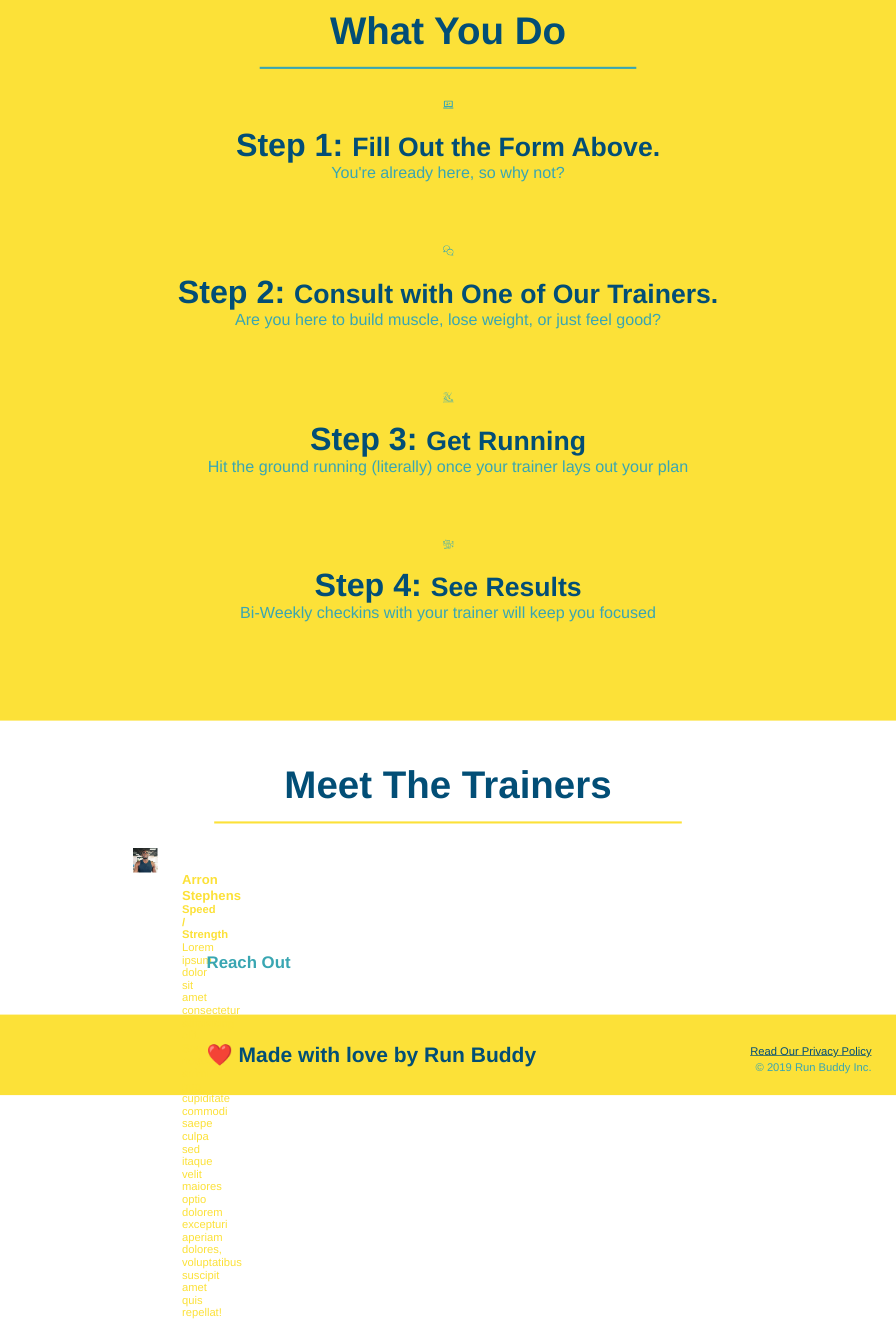
Repository: symlara/run-buddy
Page: index.html
The author's editor kept a copy of each file at every save. The page is drawn from the files as they stood at one save, then again after the next save.
The browser window is 1280 px wide. The pictures show the part of the page from y = 1228 to 3148 px (the page is 3148 px tall), at 70% of full size.

Above is the page before, as saved 2020-12-10 14:13:45.

### index.html
<!DOCTYPE html>
<html lang="en">
    <head>
        <link rel="stylesheet" href="./assets/css/style.css" />
        <meta charset="UTF-8"/>
        <title>Run Buddy</title>
    </head>
    <body>
        <!-- navigation -->
        <header>
        <a href="/"><h1>RUN BUDDY</h1></a>
        <nav>
            <!-- Unordered list element -->
            <ul>
                <!-- List item element -->
                <li>
                    <!-- Anchor Element -->
                    <a href="#what-we-do">What We Do</a>
                </li>
                <li>
                    <a href="#what-you-do">What You Do</a>
                </li>
                <li>
                    <a href="#your-trainers">Your Trainers</a>
                </li>
                <li>
                    <a href="#reach-out">Reach Out</a>
                </li>
            </ul>
        </nav>
        </header>

        <!-- hero section -->
        <section class="hero">
        <div class="hero-form">
            <h3>Get Started Today</h3>
            <p>Fill out this form and one of our trainers will schedule a consult</p>
            <!-- Add form elements -->
            <form>
                <label for="name">Enter full name:</label>
                <input type="text" placeholder="Your Name" name="name" id="name" class="form-input" />
                <label for="email">Enter Email Address:</label>
                <input type="email" placeholder="Email Address" name="email" id="email" class="form-input" />
                <label for="phone">Enter a telephone number</label>
                <input type="tel" placeholder="Phone Number" name="phone" id="phone" class="form-input" />
                <p>
                    Have you worked out with a trainer before?
                    <input type="radio" name="trainer-confirm" id="trainer-yes" />
                    <label for="trainer-yes">Yes</label>
                    <input type="radio" name="trainer-confirm" id="trainer-no" />
                    <label for="trainer-no">No</label>
                </p>
                <p>
                    <label for="checkbox">
                    I acknowledge that I am at least 18 years of age.
                    </label>
                    <input type="checkbox" name="age-confirm" id="checkbox" />
                </p>
                <button type="submit">
                    Get running!
                </button>
            </form>
        </div>
    </section>
    <!-- end hero -->

        <!-- hero/jumbotron -->
        <section></section>

        <!-- "what we do" section -->
        <section id="what-we-do" class="intro">
            <h2 class="section-title primary-border">What We Do</h2>
            <p>
                butcher selfies chambray shabby chic gentrify readymade yr Echo Park XOXO Tumblr normcore Banksy direct trade Blue Bottle chillwave you probably haven't heard of them single-origin coffee Vice fanny pack fixie Odd Future Austin fingerstache pickled twee synth Wes Anderson Thundercats viral bitters flannel meggings narwhal Marfa Schlitz sustainable Intelligentsia umami deep v craft
            </p>
        </section>

        <!-- "what you do" section -->
        <section id="what-you-do" class="steps">
            <h2 class="section-title secondary-border">What You Do</h2>

            <div>
                <!-- insert this img element -->
                <img src="./assets/images/step-1.svg" alt="" />
                <h3>Step 1: <span>Fill Out the Form Above.</span></h3>
                <p>You're already here, so why not?</p>
            </div>

            <div>
                <!-- insert this img element -->
                <img src="./assets/images/step-2.svg" alt="" />
                <h3>Step 2: <span>Consult with One of Our Trainers.</span></h3>
                <p>Are you here to build muscle, lose weight, or just feel good?</p>
            </div>

            <div>
                <!-- insert this img element -->
                <img src="./assets/images/step-3.svg" alt="" />
                <h3>Step 3: <span>Get Running</span></h3>
                <p>Hit the ground running (literally) once your trainer lays out your plan</p>
            </div>

            <div>
                <!-- insert this img element -->
                <img src="./assets/images/step-4.svg" alt="" />
                <h3>Step 4: <span>See Results</span></h3>
                <p>Bi-Weekly checkins with your trainer will keep you focused</p>
            </div>
        </section>

        <!-- "meet the trainers" section -->
        <section id="your-trainers" class="trainers">
            <h2 class="section-title primary-border">Meet The Trainers

            </h2>
            <article class="trainer">
                <img src="./assets/images/trainer-1.jpg" alt="Arron Stephens in his workout clothes, ready to pump iron" />
                <div class="trainer-bio">
                    <h3>Arron Stephens</h3>
                    <h4>Speed / Strength</h4>
                    <p>
                        Lorem ipsum, dolor sit amet consectetur adipisicing elit. Sequi neque animi quo cupiditate commodi saepe culpa sed
                        itaque velit maiores optio dolorem excepturi aperiam dolores, voluptatibus suscipit amet quis repellat!
                    </p>
                </div>
            </article>
        </section>

        <!-- "reach out" section -->
        <section>
            <h2>Reach Out</h2>
        </section>

        <!-- footer -->
        <footer>
            <h2>❤️ Made with love by Run Buddy</h2>
            <div>
                <a href="#">Read Our Privacy Policy</a><br />
                &copy; 2019 Run Buddy Inc.
            </div>
        </footer>
    </body>

    </html>

### assets/css/style.css
* {
    margin: 0;
    padding: 0;
    box-sizing: border-box;
}


body {
    /* more on this crazy alphanumerical value in a minute */
    color: #39a6b2;
    font-family: Helvetica, Arial, sans-serif;
}

/* apply styles to header */
header {
    padding: 20px 35px;
    background-color: #39a6b2;
}

header h1 {
    font-weight: bold;
    font-size: 36px;
    color: #fce138;
    margin: 0;
    display: inline;
}

header a {
    text-decoration: none;
    color: #fce138;
}

header nav {
    float: right;
    margin: 7px 0;
}

header nav ul li {
    display: inline;
}

header nav ul li a {
    margin: 0 30px;
    font-weight: lighter;
    font-size: 22px;
}

footer {
    background: #fce138;
    width: 100%;
    padding: 40px 35px;
  }

footer h2 {
    display: inline;
    color: #024e76;
    font-size: 30px;
    margin: 0;
}

footer div {
    float: right;
    line-height: 1.5;
    text-align: right;
}

footer a {
    color: #024e76;
}

section {
    padding: 60px;
}

/* Hero Style Start */
.hero {
    background-image: url("../images/hero-bg.jpg");
    height: 600px;
    background-size: cover;
    background-position: center;
    position: relative;
}
/*The height property fixed at 600px gives an exact size of the section, which is important in this context to allow room for the sign-up form.*/


.hero-form {
    border: solid 3px #024e76;
    background-color: #fce138;
    padding: 20px;
    width: 500px;
    color: #024e76;
    position: absolute;
    bottom: 120px;
    right: 140px;
}

.hero-form h3 {
    font-size: 24px;
    margin: 0;
}

.hero-form p {
    margin: 5px 0 15px 0;
}

.form-input {
    border: 1px solid #024e76;
    display: block;
    padding: 7px 15px;
    font-size: 16px;
    color: #024e76;
    width: 100%;
    margin-bottom: 15px;
}

.hero-form label {
    margin: 0 5px;
}

.hero-form button {
    color: #fce138;
    background-color: #024e76;
    border: none;
    padding: 10px 20px;
    font-size: 16px;
}
/* Hero Style End */

/*What We Do Section */
.intro {
    text-align: center;
}

.intro p {
    line-height: 1.7;
    color: #39a6b2;
    width: 80%;
    font-size: 20px;
    margin: 0 auto;
}

/*What We Do End*/

.section-title {
    display: inline-block;
    font-size: 55px;
    color: #024e76;
    margin-bottom: 35px;
    padding: 0 100px 20px 100px;
    border-bottom: 3px solid;
}

.primary-border {
    border-color: #fce138;
}

.secondary-border {
    border-color: #39a6b2;
}

/* What You Do Section */
.steps {
    text-align: center;
    background: #fce138;
}

.steps div {
    margin-bottom: 80px;
}

.steps img {
    width: 15px;
    margin: 10px 0;
}

.steps h3 {
    color: #024e76;
    font-size: 46px;
    margin-top: 10px;
}

.steps p {
    color: #39a6b2;
    font-size: 23px;
}

.steps span {
    font-size: 38px;
}


/* What You Do End */

/* Your Trainers Section */
.trainers {
    text-align: center;
}

.trainer {
    width: 900px;
    margin: 0 auto 30px auto;
    background: #024e76;
    color: #fce138;
}

.trainer img {
    width: 35px;
    float: left;
}

.trainer-bio {
    padding: 35px;
    float: left;
    width: 65px;
}

/* Your Trainers Section End */

After the next save:
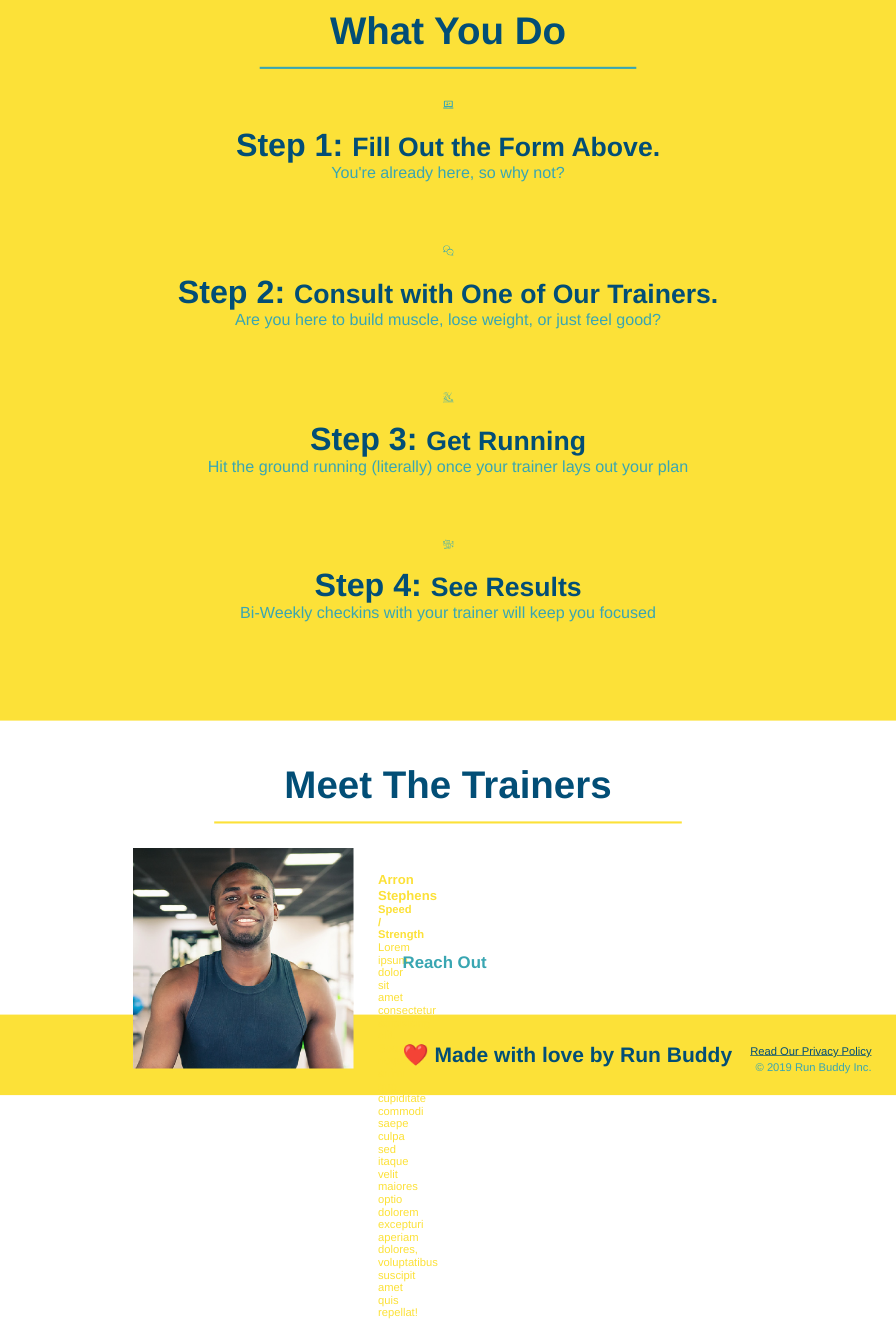
Saved 33 s later.
--- a/assets/css/style.css
+++ b/assets/css/style.css
@@ -204,7 +204,7 @@ section {
 }
 
 .trainer img {
-    width: 35px;
+    width: 35%;
     float: left;
 }
 
